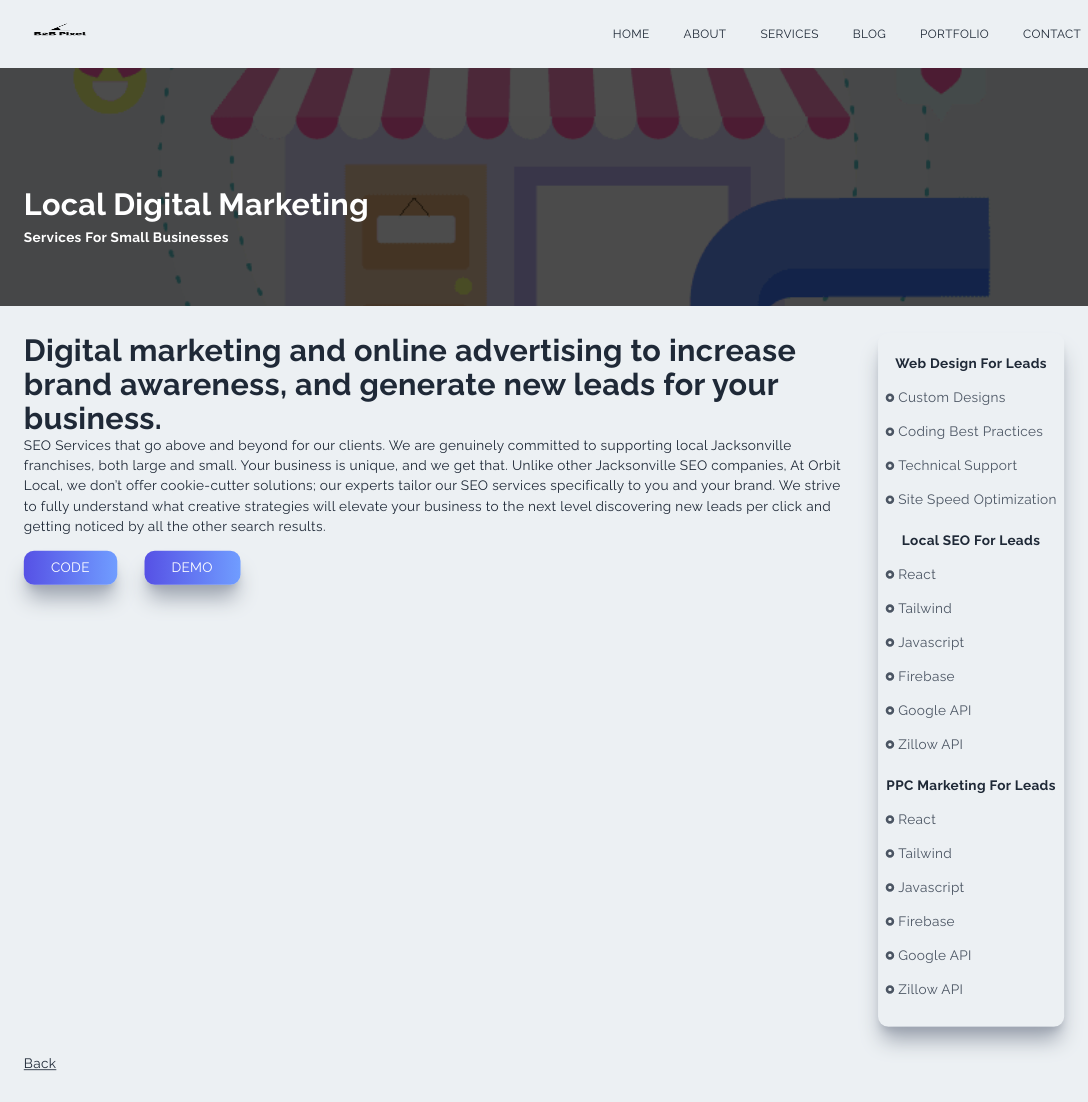
Repository: DID0101/nextjs.b2b
Page: /property
These files come from the project's save history. The page is drawn as it stood at one moment and after the next save; the edit follows.
The browser window is 1280 px wide. The pictures show the whole page, at 85% of full size.
The project was rebuilt for these pictures with package versions that can differ from the ones it lists, and the page was loaded fresh each time. The framework's server and built-in components were replaced by stand-ins that run in the browser. Also part of the build but not shown: next.config.js.

Above is the page before, as saved 2024-01-22 02:39:25.

### pages/property.jsx
import Image from 'next/image';
import React from 'react';
import propertyImg from '../public/assets/projects/property.jpg';
import { RiRadioButtonFill } from 'react-icons/ri';
import Link from 'next/link';

const property = () => {
  return (
    <div className='w-full'>
      <div className='w-screen h-[50vh] relative'>
        <div className='absolute top-0 left-0 w-full h-[50vh] bg-black/70 z-10' />
        <Image
          className='absolute z-1'
          layout='fill'
          objectFit='cover'
          src={propertyImg}
          alt='/'
        />
        <div className='absolute top-[70%] max-w-[1240px] w-full left-[50%] right-[50%] translate-x-[-50%] translate-y-[-50%] text-white z-10 p-2'>
          <h2 className='py-2'>Local Digital Marketing</h2>
          <h3>Services For Small Businesses</h3>
        </div>
      </div>

      <div className='max-w-[1240px] mx-auto p-2 grid md:grid-cols-5 gap-8 py-8'>
        <div className='col-span-4'>
          {/* <p>Project</p> */}
          <h2>Digital marketing and online advertising to increase brand awareness, and generate new leads for your  business.</h2>
          <p>
          SEO Services that go above and beyond for our clients. We are genuinely committed to supporting local Jacksonville franchises, both large and small. Your business is unique, and we get that. Unlike other Jacksonville SEO companies, At Orbit Local, we don’t offer cookie-cutter solutions; our experts tailor our SEO services specifically to you and your brand. We strive to fully understand what creative strategies will elevate your business to the next level discovering new leads per click and getting noticed by all the other search results.
          </p>
          <a
            href='https://github.com/fireclint/property-finder'
            target='_blank'
            rel='noreferrer'
          >
            <button className='px-8 py-2 mt-4 mr-8'>Code</button>
          </a>
          <a
            href='https://property-finder-development.web.app/'
            target='_blank'
            rel='noreferrer'
          >
            <button className='px-8 py-2 mt-4'>Demo</button>
          </a>
        </div>
        <div className='col-span-4 md:col-span-1 shadow-xl shadow-gray-400 rounded-xl py-4'>
          <div className='p-2'>
            <p className='text-center font-bold pb-2'>Web Design For Leads</p>
            <div className='grid grid-cols-3 md:grid-cols-1'>
              <p className='text-gray-600 py-2 flex items-center'>
                <RiRadioButtonFill className='pr-1' /> Custom Designs
              </p>
              <p className='text-gray-600 py-2 flex items-center'>
                <RiRadioButtonFill className='pr-1' /> Coding Best Practices
              </p>
              <p className='text-gray-600 py-2 flex items-center'>
                <RiRadioButtonFill className='pr-1' /> Technical Support
              </p>
              <p className='text-gray-600 py-2 flex items-center'>
                <RiRadioButtonFill className='pr-1' /> Site Speed Optimization
              </p>

            </div>
          </div>
          <div className='p-2'>
            <p className='text-center font-bold pb-2'>Local SEO For Leads</p>
            <div className='grid grid-cols-3 md:grid-cols-1'>
              <p className='text-gray-600 py-2 flex items-center'>
                <RiRadioButtonFill className='pr-1' /> React
              </p>
              <p className='text-gray-600 py-2 flex items-center'>
                <RiRadioButtonFill className='pr-1' /> Tailwind
              </p>
              <p className='text-gray-600 py-2 flex items-center'>
                <RiRadioButtonFill className='pr-1' /> Javascript
              </p>
              <p className='text-gray-600 py-2 flex items-center'>
                <RiRadioButtonFill className='pr-1' /> Firebase
              </p>
              <p className='text-gray-600 py-2 flex items-center'>
                <RiRadioButtonFill className='pr-1' /> Google API
              </p>
              <p className='text-gray-600 py-2 flex items-center'>
                <RiRadioButtonFill className='pr-1' /> Zillow API
              </p>
            </div>
          </div>
          <div className='p-2'>
            <p className='text-center font-bold pb-2'>PPC Marketing For Leads</p>
            <div className='grid grid-cols-3 md:grid-cols-1'>
              <p className='text-gray-600 py-2 flex items-center'>
                <RiRadioButtonFill className='pr-1' /> React
              </p>
              <p className='text-gray-600 py-2 flex items-center'>
                <RiRadioButtonFill className='pr-1' /> Tailwind
              </p>
              <p className='text-gray-600 py-2 flex items-center'>
                <RiRadioButtonFill className='pr-1' /> Javascript
              </p>
              <p className='text-gray-600 py-2 flex items-center'>
                <RiRadioButtonFill className='pr-1' /> Firebase
              </p>
              <p className='text-gray-600 py-2 flex items-center'>
                <RiRadioButtonFill className='pr-1' /> Google API
              </p>
              <p className='text-gray-600 py-2 flex items-center'>
                <RiRadioButtonFill className='pr-1' /> Zillow API
              </p>
            </div>
          </div>
        </div>


        <Link href='/#projects'>
          <p className='underline cursor-pointer'>Back</p>
        </Link>
      </div>
    </div>
  );
};

export default property;

### components/Navbar.jsx
import Image from 'next/image';
import Link from 'next/link';
import React, { useState, useEffect } from 'react';
import { AiOutlineClose, AiOutlineMail, AiOutlineMenu } from 'react-icons/ai';
import { FaGithub, FaLinkedinIn } from 'react-icons/fa';
import { BsFillPersonLinesFill } from 'react-icons/bs';
// import { useRouter } from 'next/router';
import NavLogo from '../public/assets/navLogo.png'

const Navbar = () => {
  const [nav, setNav] = useState(false);
  const [shadow, setShadow] = useState(false);
  const [navBg, setNavBg] = useState('#ecf0f3');
  const [linkColor, setLinkColor] = useState('#1f2937');
  // const [position, setPosition] = useState('fixed')
  // const router = useRouter();

  // useEffect(() => {
  //   if (
  //     router.asPath === '/property' ||
  //     router.asPath === '/crypto' ||
  //     router.asPath === '/netflix' ||
  //     router.asPath === '/twitch'
  //   ) {
  //     setNavBg('transparent');
  //     setLinkColor('#ecf0f3');
  //   } else {
  //     setNavBg('#ecf0f3');
  //     setLinkColor('#1f2937');
  //   }
  // }, [router]);

  const handleNav = () => {
    setNav(!nav);
  };

  useEffect(() => {
    const handleShadow = () => {
      if (window.scrollY >= 90) {
        setShadow(true);
      } else {
        setShadow(false);
      }
    };
    window.addEventListener('scroll', handleShadow);
  }, []);

  return (
    <div
      style={{ backgroundColor: `${navBg}` }}
      className={
        shadow
          ? 'fixed w-full h-20 shadow-xl z-[100] ease-in-out duration-300'
          : 'fixed w-full h-20 z-[100]'
      }
    >
      <div className='flex justify-between items-center w-full h-full px-2 2xl:px-16'>
        <Link href='/'>
          <a>
            <Image
              src={NavLogo}
              alt='/'
              width='125'
              height='50'
              className='cursor-pointer'
            />
          </a>
        </Link>
        <div>
          <ul style={{ color: `${linkColor}` }} className='hidden md:flex'>
            <li className='ml-10 text-sm uppercase hover:border-b'>
              <Link href='/'>Home</Link>
            </li>
            <li className='ml-10 text-sm uppercase hover:border-b'>
              <Link href='/#about'>About</Link>
            </li>
            <li className='ml-10 text-sm uppercase hover:border-b'>
              <Link href='/#skills'>Services</Link>
            </li>
            <li className='ml-10 text-sm uppercase hover:border-b'>
              <Link href='/#projects'>Blog</Link>
            </li>
            <li className='ml-10 text-sm uppercase hover:border-b'>
              <Link href='/resume'>Portfolio</Link>
            </li>
            <li className='ml-10 text-sm uppercase hover:border-b'>
              <Link href='/#contact'>Contact</Link>
            </li>
          </ul>
          {/* Hamburger Icon */}
          <div
            style={{ color: `${linkColor}` }}
            onClick={handleNav}
            className='md:hidden'
          >
            <AiOutlineMenu size={25} />
          </div>
        </div>
      </div>

      {/* Mobile Menu */}
      {/* Overlay */}
      <div
        className={
          nav ? 'md:hidden fixed left-0 top-0 w-full h-screen bg-black/70' : ''
        }
      >
        {/* Side Drawer Menu */}
        <div
          className={
            nav
              ? ' fixed left-0 top-0 w-[75%] sm:w-[60%] md:w-[45%] h-screen bg-[#ecf0f3] p-10 ease-in duration-500'
              : 'fixed left-[-100%] top-0 p-10 ease-in duration-500'
          }
        >
          <div>
            <div className='flex w-full items-center justify-between'>
              <Link href='/'>
                <a>
                  <Image
                    src={NavLogo}
                    width='87'
                    height='35'
                    alt='/'
                  />
                </a>
              </Link>
              <div
                onClick={handleNav}
                className='rounded-full shadow-lg shadow-gray-400 p-3 cursor-pointer'
              >
                <AiOutlineClose />
              </div>
            </div>
            <div className='border-b border-gray-300 my-4'>
              <p className='w-[85%] md:w-[90%] py-4'>
                Let&#39;s build something legendary together
              </p>
            </div>
          </div>
          <div className='py-4 flex flex-col'>
            <ul className='uppercase'>
              <Link href='/'>
                <li onClick={() => setNav(false)} className='py-4 text-sm'>
                  Home
                </li>
              </Link>
              <Link href='/#about'>
                <li onClick={() => setNav(false)} className='py-4 text-sm'>
                  About
                </li>
              </Link>
              <Link href='/#skills'>
                <li onClick={() => setNav(false)} className='py-4 text-sm'>
                  Skills
                </li>
              </Link>
              <Link href='/#projects'>
                <li onClick={() => setNav(false)} className='py-4 text-sm'>
                  Projects
                </li>
              </Link>
              <Link href='/resume'>
                <li onClick={() => setNav(false)} className='py-4 text-sm'>
                  Resume
                </li>
              </Link>
              <Link href='/#contact'>
                <li onClick={() => setNav(false)} className='py-4 text-sm text-[#ac4d5a]'>
                  Save My Spot
                </li>
              </Link>
            </ul>
            <div className='pt-40'>
              <p className='uppercase tracking-widest text-[#5651e5]'>
                Let&#39;s Connect
              </p>
              <div className='flex items-center justify-between my-4 w-full sm:w-[80%]'>
                <a
                  href='https://www.linkedin.com/in/clint-briley-50056920a/'
                  target='_blank'
                  rel='noreferrer'
                >
                  <div className='rounded-full shadow-lg shadow-gray-400 p-3 cursor-pointer hover:scale-105 ease-in duration-300'>
                    <FaLinkedinIn />
                  </div>
                </a>
                <a
                  href='https://github.com/fireclint'
                  target='_blank'
                  rel='noreferrer'
                >
                  <div className='rounded-full shadow-lg shadow-gray-400 p-3 cursor-pointer hover:scale-105 ease-in duration-300'>
                    <FaGithub />
                  </div>
                </a>
                <Link href='/#contact'>
                  <div
                    onClick={() => setNav(!nav)}
                    className='rounded-full shadow-lg shadow-gray-400 p-3 cursor-pointer hover:scale-105 ease-in duration-300'
                  >
                    <AiOutlineMail />
                  </div>
                </Link>
                <Link href='/resume'>
                  <div
                    onClick={() => setNav(!nav)}
                    className='rounded-full shadow-lg shadow-gray-400 p-3 cursor-pointer hover:scale-105 ease-in duration-300'
                  >
                    <BsFillPersonLinesFill />
                  </div>
                </Link>
              </div>
            </div>
          </div>
        </div>
      </div>
    </div>
  );
};

export default Navbar;

Loaded but not shown: pages/_app.js (common file); pages/_document.js (common file); styles/globals.css (common file); tailwind.config.js (common file)

After the next save:
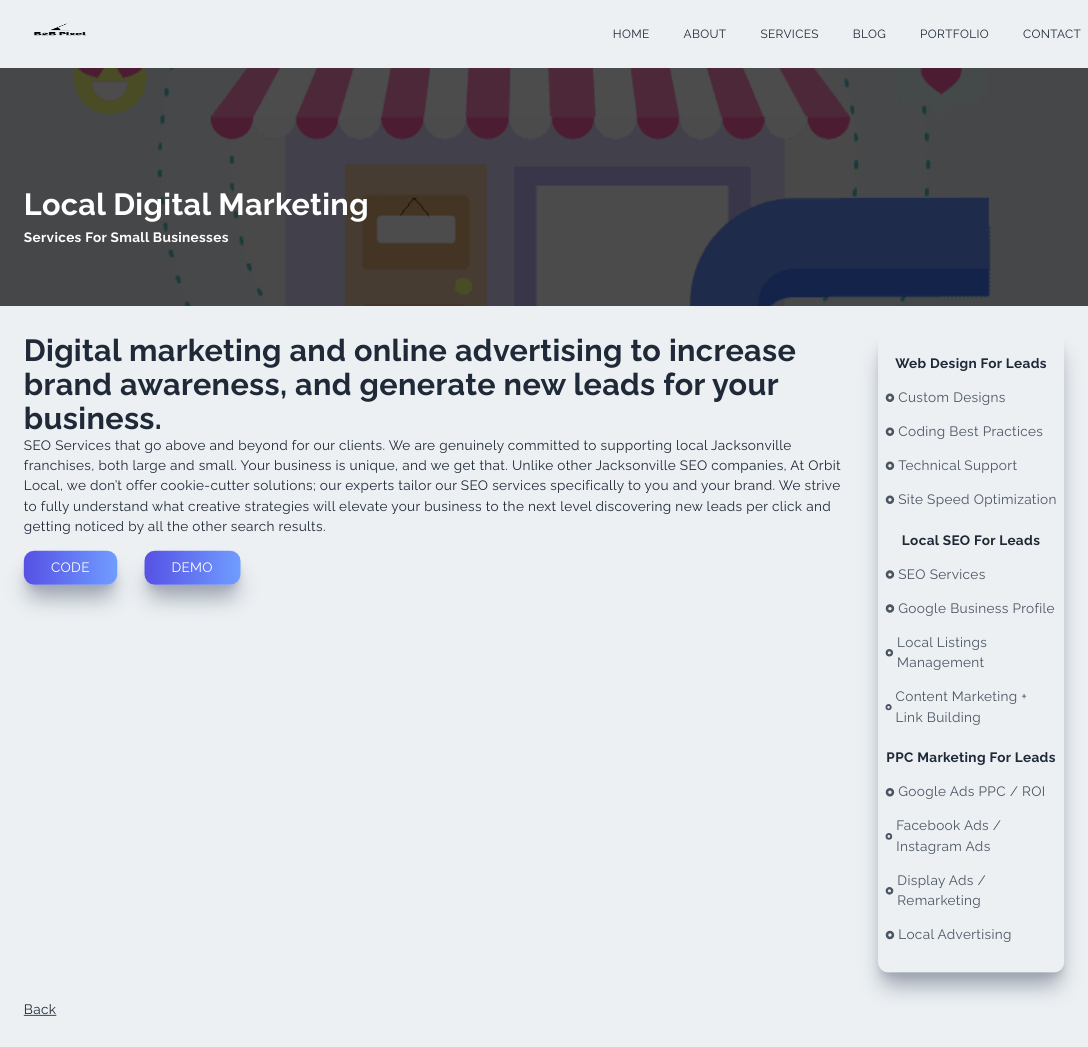
Saved 2 min 16 s later.
--- a/pages/property.jsx
+++ b/pages/property.jsx
@@ -67,46 +67,36 @@
             <p className='text-center font-bold pb-2'>Local SEO For Leads</p>
             <div className='grid grid-cols-3 md:grid-cols-1'>
               <p className='text-gray-600 py-2 flex items-center'>
-                <RiRadioButtonFill className='pr-1' /> React
+                <RiRadioButtonFill className='pr-1' /> SEO Services
               </p>
               <p className='text-gray-600 py-2 flex items-center'>
-                <RiRadioButtonFill className='pr-1' /> Tailwind
+                <RiRadioButtonFill className='pr-1' /> Google Business Profile
               </p>
               <p className='text-gray-600 py-2 flex items-center'>
-                <RiRadioButtonFill className='pr-1' /> Javascript
+                <RiRadioButtonFill className='pr-1' /> Local Listings Management
               </p>
               <p className='text-gray-600 py-2 flex items-center'>
-                <RiRadioButtonFill className='pr-1' /> Firebase
+                <RiRadioButtonFill className='pr-1' /> Content Marketing + Link Building
               </p>
-              <p className='text-gray-600 py-2 flex items-center'>
-                <RiRadioButtonFill className='pr-1' /> Google API
-              </p>
-              <p className='text-gray-600 py-2 flex items-center'>
-                <RiRadioButtonFill className='pr-1' /> Zillow API
-              </p>
+
             </div>
           </div>
           <div className='p-2'>
             <p className='text-center font-bold pb-2'>PPC Marketing For Leads</p>
             <div className='grid grid-cols-3 md:grid-cols-1'>
               <p className='text-gray-600 py-2 flex items-center'>
-                <RiRadioButtonFill className='pr-1' /> React
+                <RiRadioButtonFill className='pr-1' /> Google Ads PPC / ROI
               </p>
               <p className='text-gray-600 py-2 flex items-center'>
-                <RiRadioButtonFill className='pr-1' /> Tailwind
+                <RiRadioButtonFill className='pr-1' /> Facebook Ads / Instagram Ads
               </p>
               <p className='text-gray-600 py-2 flex items-center'>
-                <RiRadioButtonFill className='pr-1' /> Javascript
+                <RiRadioButtonFill className='pr-1' /> Display Ads / Remarketing
               </p>
               <p className='text-gray-600 py-2 flex items-center'>
-                <RiRadioButtonFill className='pr-1' /> Firebase
+                <RiRadioButtonFill className='pr-1' /> Local Advertising
               </p>
-              <p className='text-gray-600 py-2 flex items-center'>
-                <RiRadioButtonFill className='pr-1' /> Google API
-              </p>
-              <p className='text-gray-600 py-2 flex items-center'>
-                <RiRadioButtonFill className='pr-1' /> Zillow API
-              </p>
+
             </div>
           </div>
         </div>
